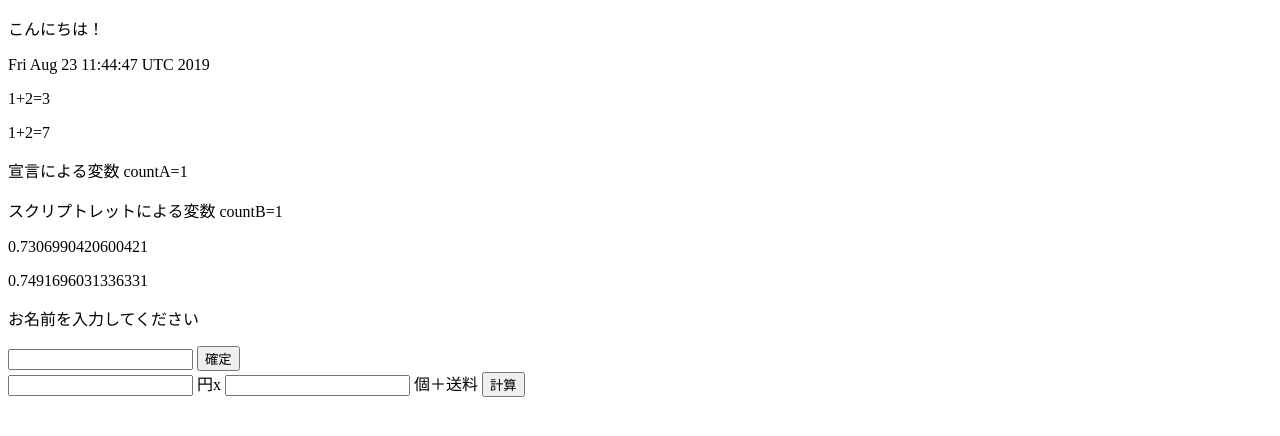
Repository: yoshida930/test
Page: http://localhost/HelloJSP/
The author's editor kept a copy of each file at every save. The page is drawn from the files as they stood at one save, then again after a run of saves.
The browser window is 1280 px wide. The pictures show the whole page.
The page is served by Tomcat 9.

Above is the page before, as saved 2019-08-26 10:44:41.

After the next 2 saves:
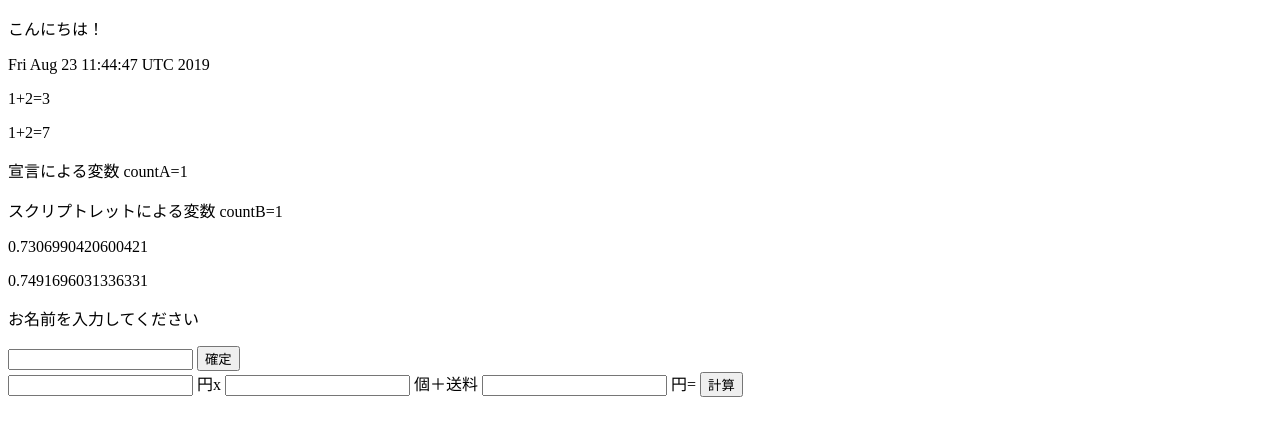
The 2 saves are shown as one change because 1 did not build or start.
The last was saved 22 min 2 s later.
--- a/HelloJSP/WebContent/index.jsp
+++ b/HelloJSP/WebContent/index.jsp
@@ -33,8 +33,10 @@ int add(int a, int b){
      <form method="post" action="total-out.jsp">
      <input type="text" name="price">
      円x
+     <input type="text" name="count">
+     個＋送料
      <input type="text" name="delivery">
-     個＋送料
+     円=
      <input type="submit" value="計算">
      </form>
 </body>
